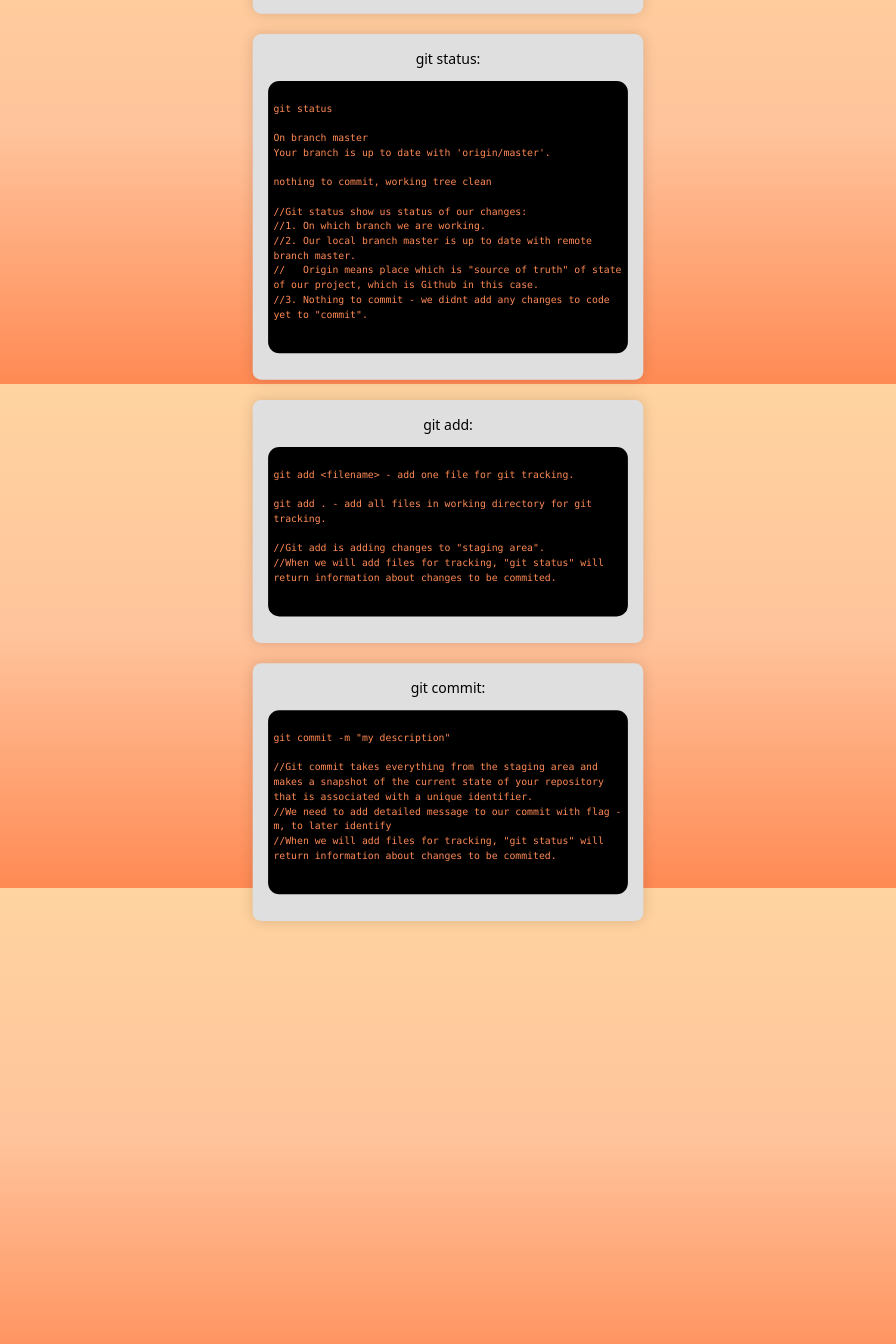
Repository: michalgornicki/git
Page: /
An editor plug-in stored every save of this project. The page is shown before and after a run of saves, followed by the edit.
The browser window is 1280 px wide. The pictures show the part of the page from y = 892 to 2812 px (the page is 2812 px tall), at 70% of full size.
Backgrounds fixed to the window are drawn as part of the page. The project was rebuilt for these pictures with package versions that can differ from the ones it lists, and the page was loaded fresh each time. Imported but missing from the stored project, and not drawn on this page: src/components/DOM manipulation.jsx, src/components/async.jsx, src/components/loops.jsx, src/components/numbers.jsx, src/components/variables.jsx, src/components/window.jsx.

Above is the page before, as saved 2022-02-10 08:22:46.

After the next 3 saves:
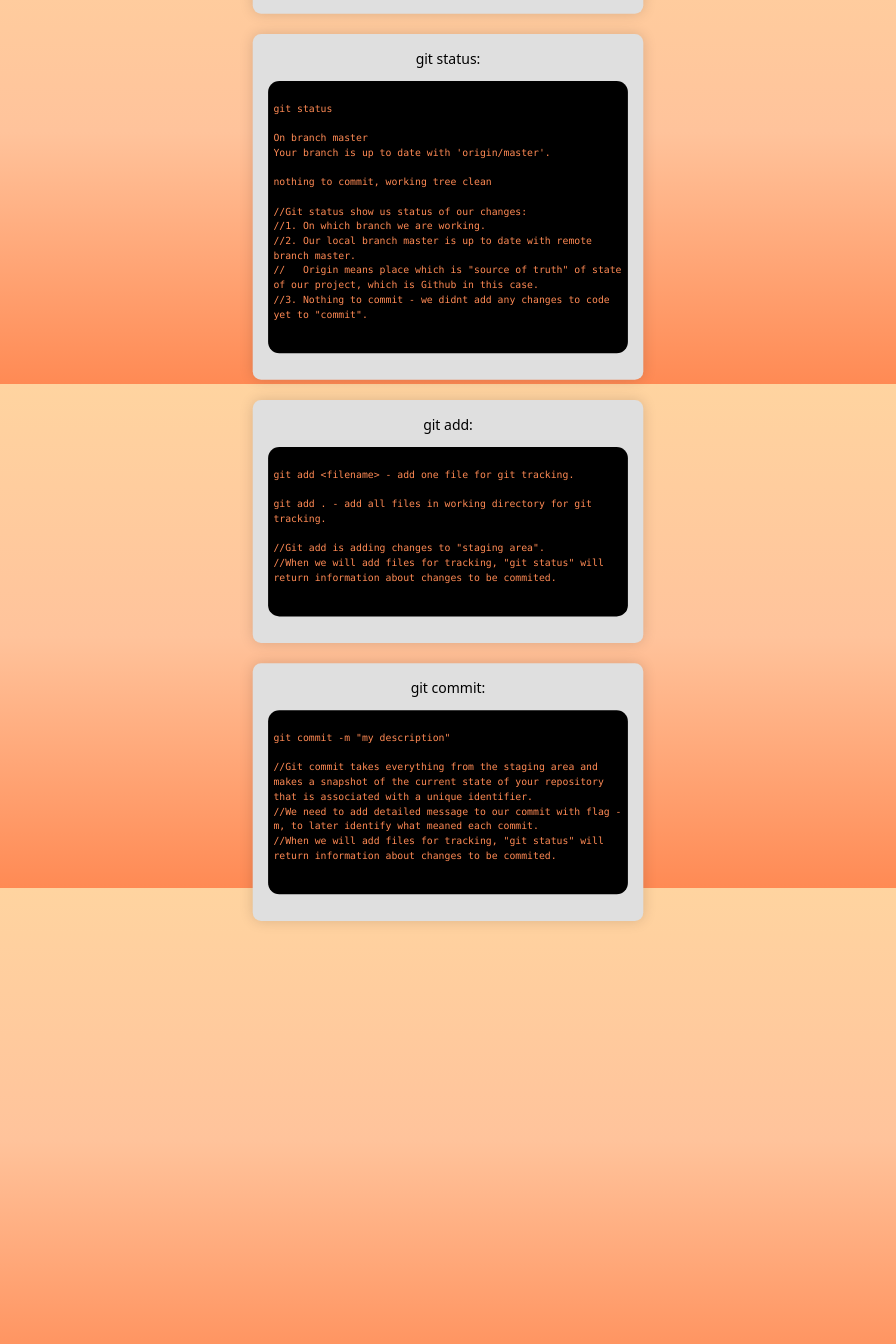
The 3 saves are shown as one change because they came seconds apart.
The last was saved 9 s later.
--- a/src/components/arrays.jsx
+++ b/src/components/arrays.jsx
@@ -72,7 +72,7 @@
 git commit -m "my description"
 
 //Git commit takes everything from the staging area and makes a snapshot of the current state of your repository that is associated with a unique identifier.
-//We need to add detailed message to our commit with flag -m, to later identify
+//We need to add detailed message to our commit with flag -m, to later identify what meaned each commit.
 //When we will add files for tracking, "git status" will return information about changes to be commited.
           `}</pre>
           </div>
